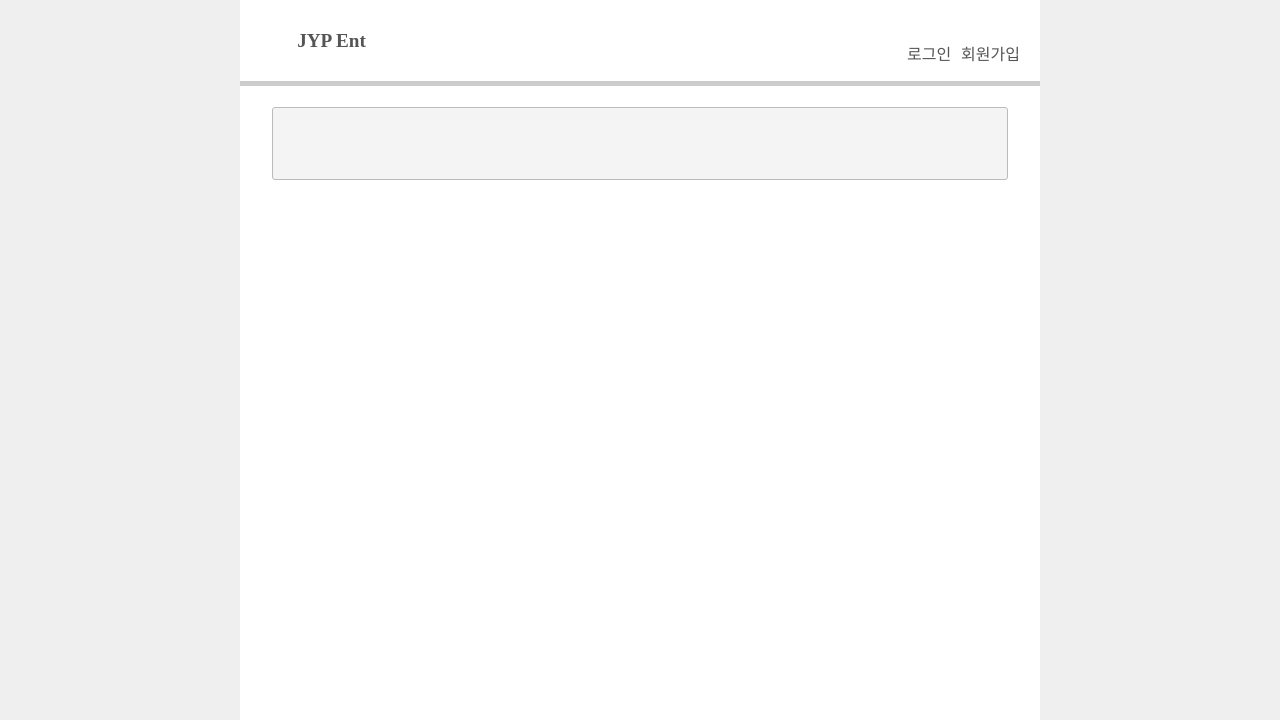
Repository: junyong231/JSP-SSIT
Page: http://localhost/jspPro/days01/prac.jsp
An editor plug-in stored every save of this project. The page is shown before and after the next save, followed by the edit.
The browser window is 1280 px wide. The pictures show the whole page.
Some web fonts or font styles are not loaded; a fallback is used. The page is served by Tomcat 9.

Above is the page before, as saved 2024-10-15 09:11:07.

After the next save:
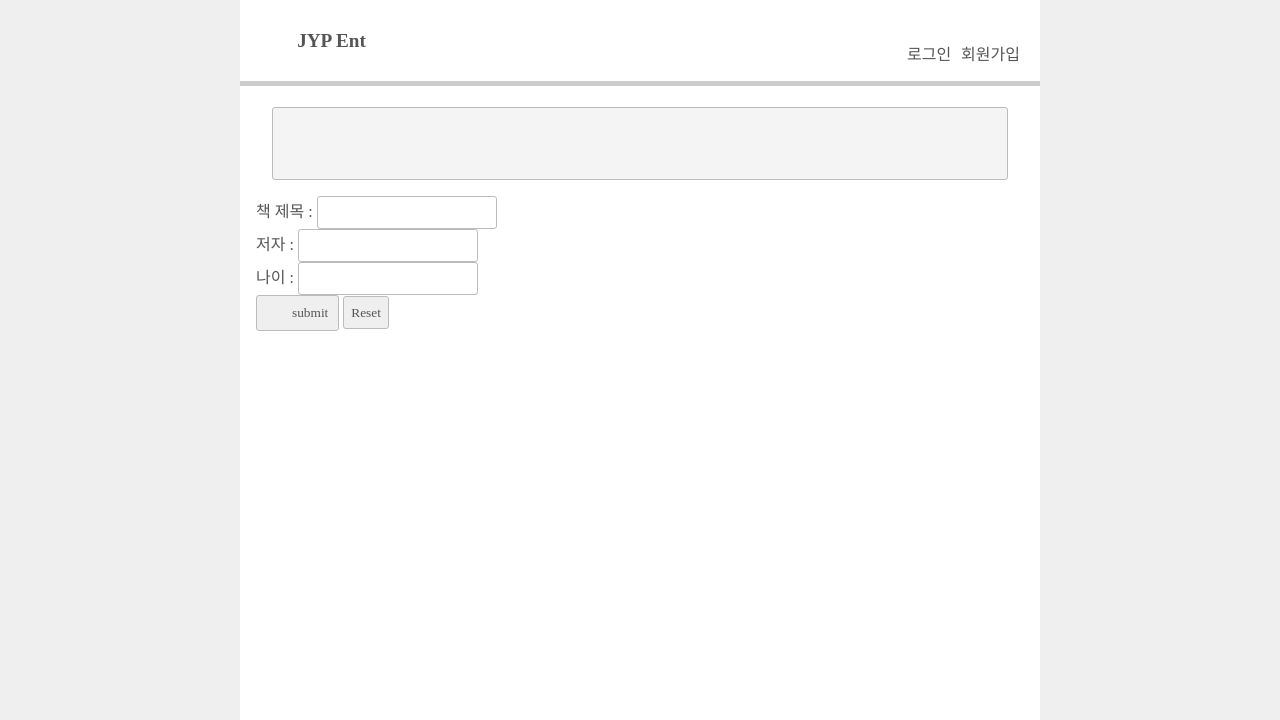
Saved 14 s later.
--- a/jspPro/src/main/webapp/days01/prac.jsp
+++ b/jspPro/src/main/webapp/days01/prac.jsp
@@ -28,6 +28,16 @@
   <xmp class="code">
 
   </xmp>
+
+    <form action="ex02_el_ok.jsp">
+  책 제목 : <input type="text" id="title" name="title" autofocus> <br>
+  저자 : <input type="text" id="author" name="author"> <br> <!-- name 있어야됨 -->
+  나이 : <input type="text" id="age" name="age"> <br>
+  <button type="button">submit</button>
+<!-- <input type="submit">  -->
+  <input type="reset">
+
+  </form>
 </div>
 </body>
 </html>
